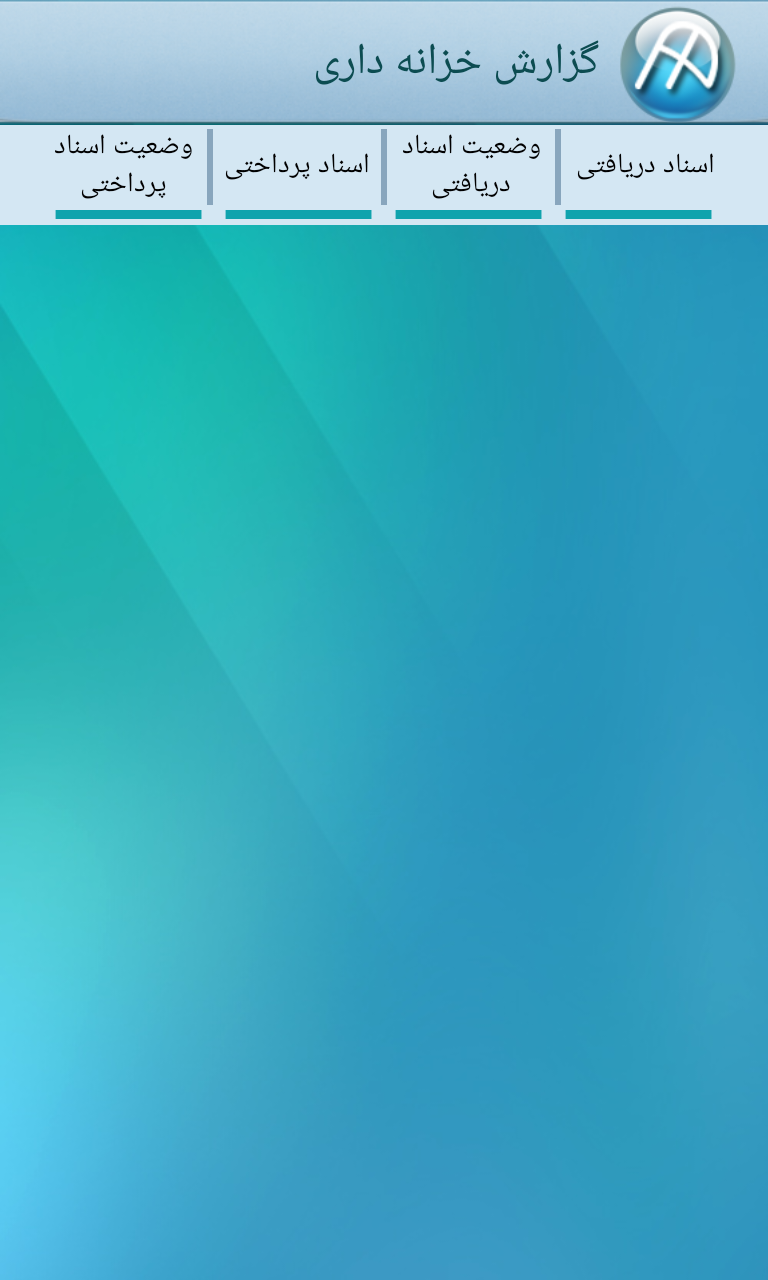
Repository: AtiehPardaz/Reports-Mobile
Layout: Reportsmobile/res/layout/activity_khazane.xml
The author's editor kept a copy of each file at every save. The layout is drawn from the files as they stood at one save, then again after the next save.
It is drawn on a 768 x 1280 px phone screen (xhdpi) without system bars, with theme Theme.behzad; the app's code is not run. Lists and similar views that code fills are empty.

Above is the layout before, as saved 2015-03-11 13:45:48.

### Reportsmobile/res/layout/activity_khazane.xml
<RelativeLayout xmlns:android="http://schemas.android.com/apk/res/android"
    android:layout_width="fill_parent"
    android:layout_height="fill_parent"
    android:background="@drawable/backgroundsade" >

    <LinearLayout
        android:layout_width="match_parent"
        android:layout_height="match_parent"
        android:orientation="vertical" >

        <LinearLayout
            android:layout_width="match_parent"
            android:layout_height="wrap_content"
            android:background="@drawable/actionbar"
            android:gravity="right" >

            <TextView
                android:id="@+id/textView1"
                android:layout_width="wrap_content"
                android:layout_height="wrap_content"
                android:layout_gravity="center"
                android:layout_marginRight="10dp"
                android:text="گزارش خزانه داری"
                android:textAppearance="?android:attr/textAppearanceLarge"
                android:textColor="@color/blue_titleactionbar" />

            <ImageButton
                android:id="@+id/imgbtn_menu_khazane"
                android:layout_width="wrap_content"
                android:layout_height="wrap_content"
                android:layout_gravity="center"
                android:layout_marginRight="15dp"
                android:background="@drawable/homebutton"
                android:onClick="btnmenu"
                android:src="@drawable/btn_clickmenu" />
        </LinearLayout>

        <LinearLayout
            android:layout_width="match_parent"
            android:layout_height="40dp"
            android:background="@color/blue_actionbar2color"
            android:gravity="center"
            android:orientation="horizontal" >

 <Button
     android:id="@+id/tabbtn_vaziatasnadpardakhti_khazane"
     android:layout_width="80dp"
     android:layout_height="wrap_content"
     android:background="@color/blue_actionbar2color"
     android:text="وضعیت اسناد پرداختی"
     android:textSize="14sp" />

            <View
                android:id="@+id/View02"
                android:layout_width="3dp"
                android:layout_height="50dp"
                android:layout_gravity="top"
                android:layout_margin="2dp"
                android:background="#88a6bd" />

            <Button
                android:id="@+id/tabbtn_asnadpardakhti_khazane"
                android:layout_width="80dp"
                android:layout_height="wrap_content"
                android:background="@color/blue_actionbar2color"
                android:text="اسناد پرداختی"
                android:textSize="14sp" />

            <View
                android:id="@+id/View012"
                android:layout_width="3dp"
                android:layout_height="50dp"
                android:layout_gravity="top"
                android:layout_margin="2dp"
                android:background="#88a6bd" />

            <Button
                android:id="@+id/tabbtn_vaziatasnaddaryafti_khazane"
                android:layout_width="80dp"
                android:layout_height="40dp"
                android:background="@color/blue_actionbar2color"
                android:text="وضعیت اسناد دریافتی"
                android:textSize="14sp" />

            <View
                android:id="@+id/View03"
                android:layout_width="3dp"
                android:layout_height="50dp"
                android:layout_gravity="top"
                android:layout_margin="2dp"
                android:background="#88a6bd" />

            <Button
                android:id="@+id/tabbtn_asnaddaryafti_khazane"
                android:layout_width="80dp"
                android:layout_height="wrap_content"
                android:background="@color/blue_actionbar2color"
                android:text="اسناد دریافتی"
                android:textSize="14sp" />
        </LinearLayout>

        <LinearLayout
            android:layout_width="match_parent"
            android:layout_height="10dp"
            android:layout_gravity="center"
            android:background="@color/blue_actionbar2color"
            android:gravity="center" >

<ImageButton
    android:id="@+id/imgbtn_underline_vaziatasnadpardakhti_khazane"
    android:layout_width="80dp"
    android:layout_height="wrap_content"
    android:layout_marginRight="5dp"
    android:background="@drawable/underline" />


            <ImageButton
                android:id="@+id/imgbtn_underline_asnadpardakhti_khazane"
                android:layout_width="80dp"
                android:layout_height="wrap_content"
                android:layout_marginRight="5dp"
                android:background="@drawable/underline" />

            <ImageButton
                android:id="@+id/imgbtn_underline_vaziatasnaddaryafti_khazane"
                android:layout_width="80dp"
                android:layout_height="wrap_content"
                android:layout_marginRight="5dp"
                android:background="@drawable/underline" />

            <ImageButton
                android:id="@+id/imgbtn_underline_asnaddaryafti_khazane"
                android:layout_width="80dp"
                android:layout_height="wrap_content"
                android:background="@drawable/underline" />
        </LinearLayout>

        <LinearLayout
            android:layout_width="match_parent"
            android:layout_height="wrap_content"
            android:orientation="vertical" >

            <android.support.v4.view.ViewPager
                android:id="@+id/pagerkhazane"
                android:layout_width="match_parent"
                android:layout_height="match_parent" >
            </android.support.v4.view.ViewPager>
        </LinearLayout>
    </LinearLayout>

    <LinearLayout
        android:id="@+id/linearmenu_khazane"
        android:layout_width="match_parent"
        android:layout_height="match_parent"
        android:background="@drawable/backmenutransparent"
        android:gravity="right"
        android:visibility="gone" >

        <LinearLayout
            android:layout_width="wrap_content"
            android:layout_height="wrap_content"
            android:layout_gravity="center|top"
            android:layout_marginRight="2dp"
            android:layout_marginTop="55dp"
            android:background="@drawable/menubackground"
            android:gravity="right|center"
            android:orientation="vertical" >

            <ImageButton
                android:id="@+id/imgbtn_forosh_khazane"
                android:layout_width="wrap_content"
                android:layout_height="wrap_content"
                android:layout_marginTop="5dp"
                android:background="@drawable/btnforosh"
                android:src="@drawable/btn_click" />

            <ImageButton
                android:id="@+id/imgbtn_khazane_khazane"
                android:layout_width="wrap_content"
                android:layout_height="wrap_content"
                android:background="@drawable/btnkhazane"
                android:src="@drawable/btn_click" />

            <ImageButton
                android:id="@+id/imgbtn_hesabdari_khazane"
                android:layout_width="wrap_content"
                android:layout_height="wrap_content"
                android:background="@drawable/btnhesabdari"
                android:src="@drawable/btn_click" />

            <ImageButton
                android:id="@+id/imgbtn_kala_khazane"
                android:layout_width="wrap_content"
                android:layout_height="wrap_content"
                android:background="@drawable/btnkala"
                android:src="@drawable/btn_click" />

            <ImageButton
                android:id="@+id/imgbtn_domain_khazane"
                android:layout_width="wrap_content"
                android:layout_height="wrap_content"
                android:layout_marginBottom="5dp"
                android:background="@drawable/btndomain"
                android:src="@drawable/btn_click" />
        </LinearLayout>
    </LinearLayout>

</RelativeLayout>

### Reportsmobile/res/values/colors.xml
<?xml version="1.0" encoding="utf-8"?>
<resources>

    <color name="first_row_text_color">#000000</color>
    <color name="holidays_text_color">#FF0000</color>
    <color name="first_row_background_color">#DDDDDD</color>

    <!-- solely used on QiblaCompassView -->
    <color name="background_color">#6E97B9</color>
    <color name="marker_color">#FFFFFF</color>
    <color name="text_color">#000000</color>
    <color name="bg_action_green">#3BB18E</color>
    <color name="bg_action_gray"> #dddddd</color>
    <color name="white_color"> #ffffff</color>
    <color name="blue_titlecolor"> #293897</color>
     <color name="blue_actionbar2color"> #d4e7f3</color>
     <color name="blue_titleactionbar"> #0c4c51</color>



</resources>

### Reportsmobile/res/drawable/btn_clickmenu.xml
<selector xmlns:android="http://schemas.android.com/apk/res/android">
<item android:state_focused="true" android:drawable="@drawable/homebtnclick"/>
<item android:state_pressed="true" android:drawable="@drawable/homebtnclick" />
<item android:state_selected="true" android:drawable="@drawable/homebtnclick" />


</selector>

### Reportsmobile/res/drawable/btn_click.xml
<selector xmlns:android="http://schemas.android.com/apk/res/android">
<item android:state_focused="true" android:drawable="@drawable/btnclick"/>
<item android:state_pressed="true" android:drawable="@drawable/btnclick" />

</selector>

Loaded but not shown: Reportsmobile/res/values/styles.xml (common file)

After the next save:
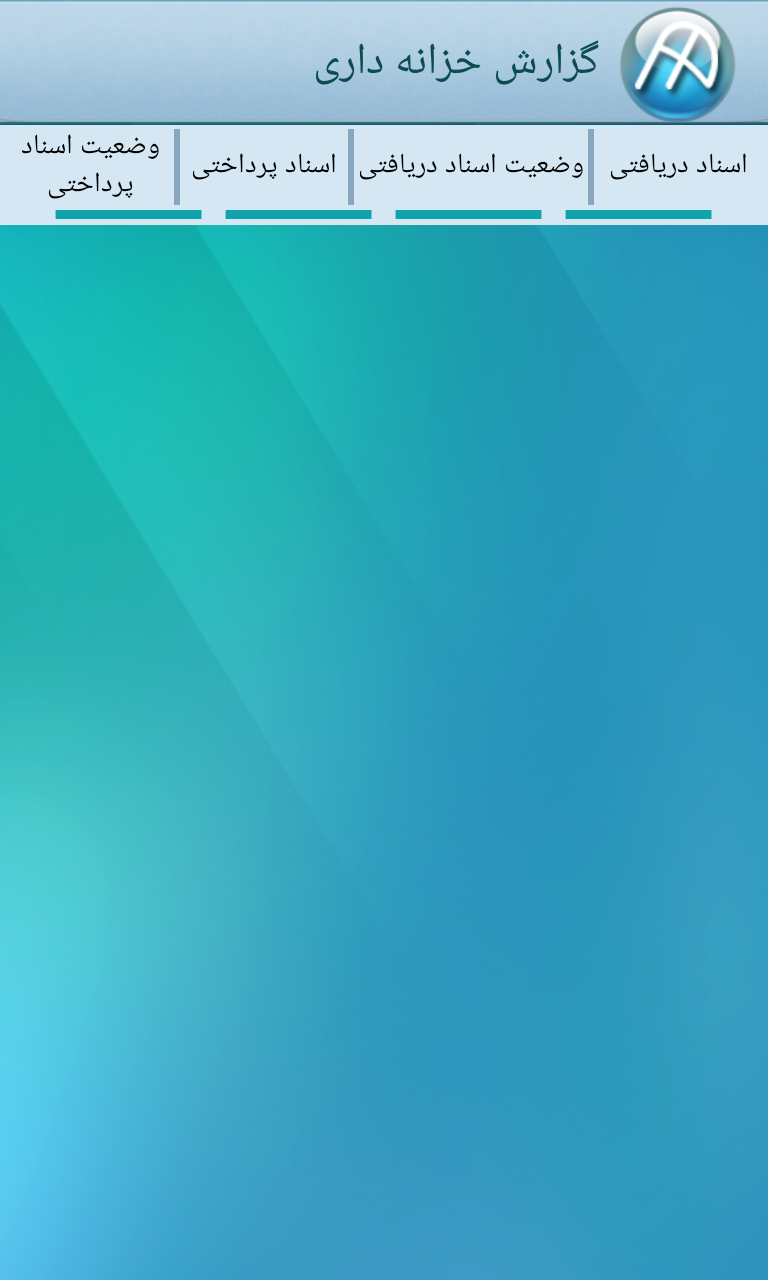
Saved 46 s later.
--- a/Reportsmobile/res/layout/activity_khazane.xml
+++ b/Reportsmobile/res/layout/activity_khazane.xml
@@ -76,7 +76,7 @@
 
             <Button
                 android:id="@+id/tabbtn_vaziatasnaddaryafti_khazane"
-                android:layout_width="80dp"
+                android:layout_width="wrap_content"
                 android:layout_height="40dp"
                 android:background="@color/blue_actionbar2color"
                 android:text="وضعیت اسناد دریافتی"
